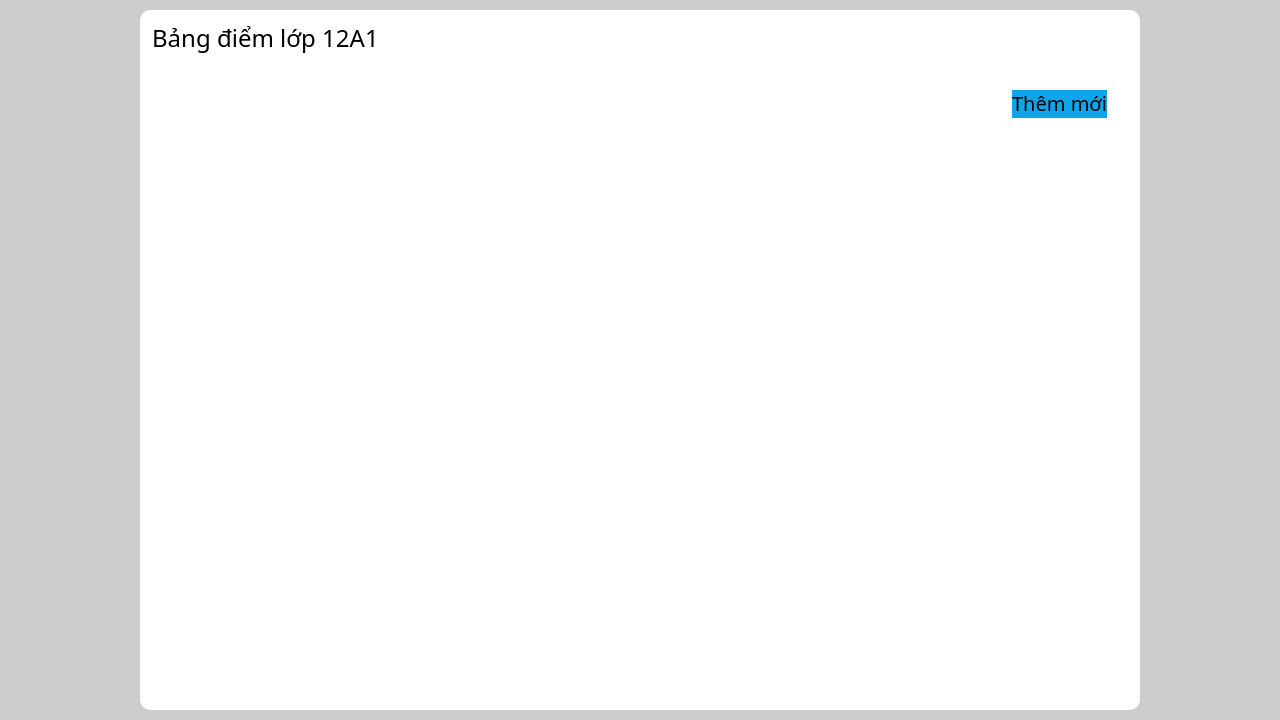
Repository: doducthuan/ReactJS-Movie
Page: /
These files come from the project's save history. The page is drawn as it stood at one moment and after the next save; the edit follows.
The browser window is 1280 px wide. The pictures show the whole page.
The project was rebuilt for these pictures with package versions that can differ from the ones it lists, and the page was loaded fresh each time. Also part of the build but not shown: src/App.css.

Above is the page before, as saved 2024-01-13 05:52:22.

After the next save:
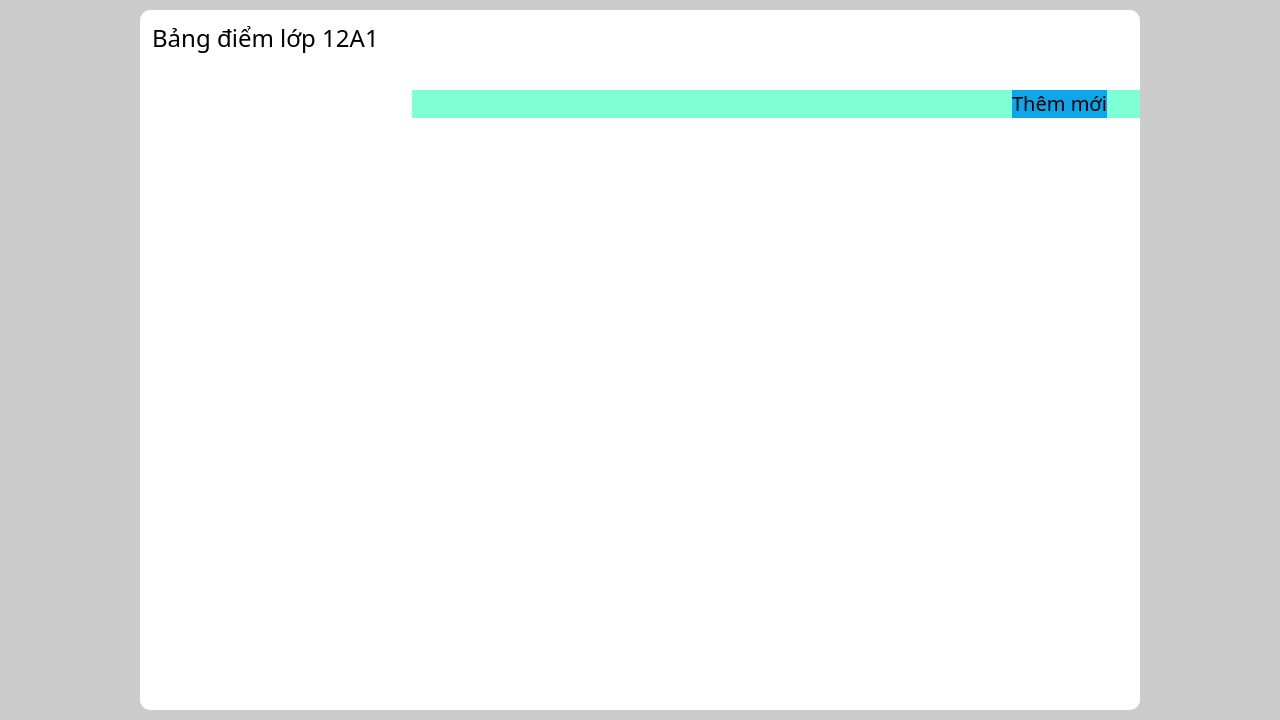
Saved 25 s later.
--- a/src/components/students/styles.css
+++ b/src/components/students/styles.css
@@ -13,4 +13,5 @@
 }
 .search-add{
     gap: 600px;
+    background-color: aquamarine;
 }
